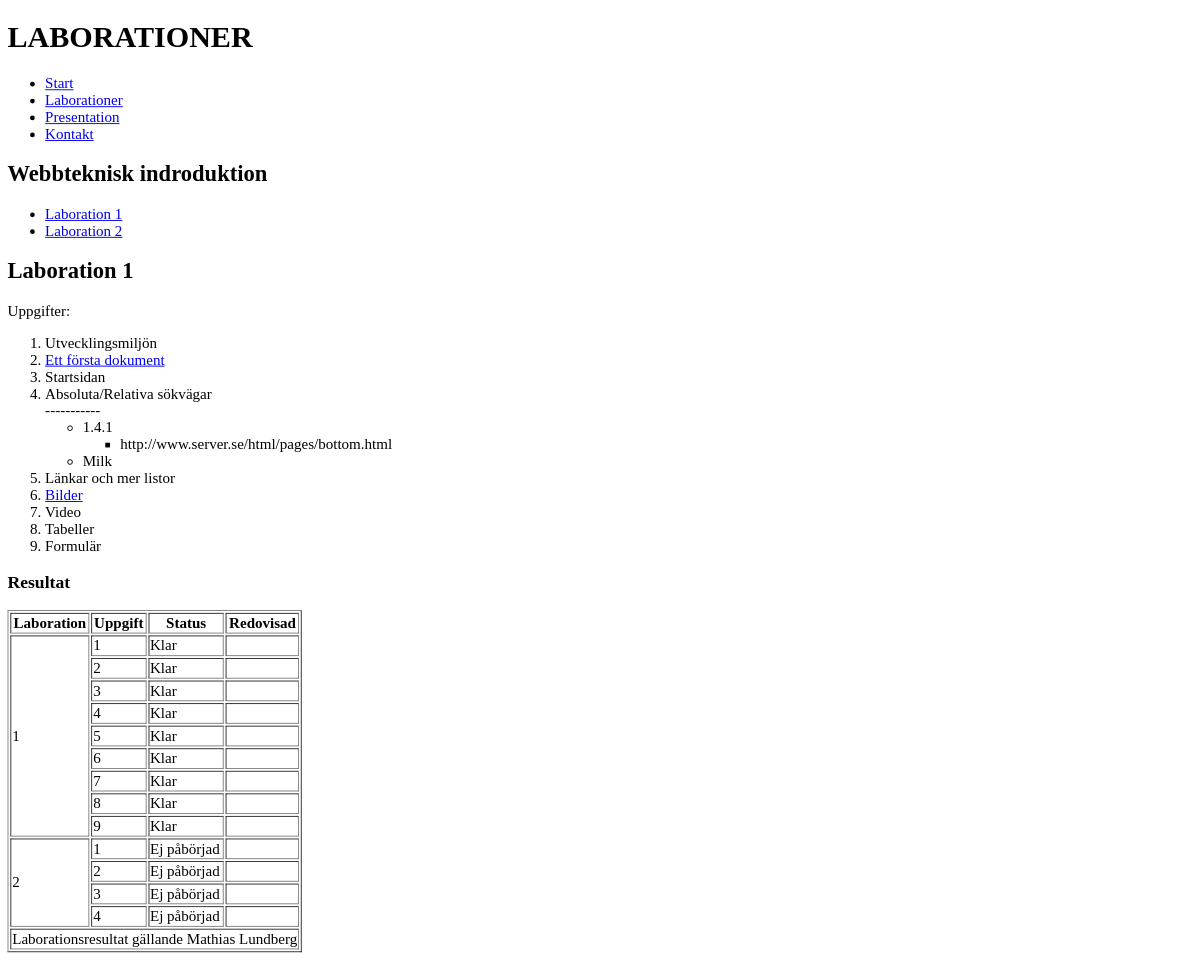
Repository: ml223nw/1ik415-laborationer
Page: pages/laborationer.html
The author's editor kept a record of every edit. The page is drawn from the files as they stood at one moment, then again after the next edit.
The browser window is 1280 px wide. The pictures show the whole page, at 94% of full size.

Above is the page before.

### pages/laborationer.html
<!DOCTYPE html>
<html lang="sv">
    <head>
        <meta charset="utf-8">
        <title>Laborationer - Mathias portal</title>

    </head>
    <body>

        <h1>LABORATIONER</h1>

            <ul>
        <li><a href="https://1ik415-laborationer-c9-ml223nw.c9.io/index.html">Start</a></li>
            <li><a href="../pages/laborationer.html">Laborationer</a></li>
                <li><a href="../pages/presentation.html">Presentation</a></li>
                    <li><a href="../pages/kontakt.html">Kontakt</a></li>
    </ul>

        <h2>Webbteknisk indroduktion</h2>

            <ul>
        <li><a href="http://coursepress.lnu.se/kurs/webbteknisk-introduktion/laborationer/l01-struktur-och-innehall/">Laboration 1</a></li>
            <li><a href="https://coursepress.lnu.se/kurs/webbteknisk-introduktion/laborationer/l02-en-stiligare-portal/">Laboration 2</a></li>
    </ul>

        <h2>Laboration 1</h2>

        <p>Uppgifter:</p>

    <ol>
      <li>Utvecklingsmiljön</li>
      <li><a href="../pages/presentation.html#jag">Ett första dokument</a></li>
      <li>Startsidan</li>

      <li>Absoluta/Relativa sökvägar</li>
        -----------
<ul>
  <li>1.4.1</li>
    <ul>
      <li>http://www.server.se/html/pages/bottom.html</li>
    </ul>
  </li>
  <li>Milk</li>
</ul>

      <li>Länkar och mer listor</li>
      <li><a href="../index.html#svg">Bilder</a></li>
      <li>Video</li>
      <li>Tabeller</li>
      <li>Formulär</li>

    </ol>


          <h3>Resultat</h3>
  <table border='1'>
    <thead>
      <tr>
        <th>Laboration</th>
        <th>Uppgift</th>
        <th>Status</th>
        <th>Redovisad</th>
      </tr>
    </thead>
    <tbody>
      <tr>
      <td rowspan="9">1</td>
        <td>1</td>
        <td>Klar</td>
        <td></td>
      </tr>

          <tr>
            <td>2</td>
            <td>Klar</td>
            <td></td>
          </tr>

          <tr>
            <td>3</td>
            <td>Klar</td>
            <td></td>
          </tr>

          <tr>
            <td>4</td>
            <td>Klar</td>
            <td></td>
          </tr>

          <tr>
            <td>5</td>
            <td>Klar</td>
            <td></td>
          </tr>

          <tr>
            <td>6</td>
            <td>Klar</td>
            <td></td>
          </tr>

          <tr>
            <td>7</td>
            <td>Klar</td>
            <td></td>
          </tr>

          <tr>
            <td>8</td>
            <td>Klar</td>
            <td></td>
          </tr>

          <tr>
            <td>9</td>
            <td>Klar</td>
            <td></td>
          </tr>

          <tr>
          <td rowspan="4">2</td>
            <td>1</td>
            <td>Ej påbörjad</td>
            <td></td>
          </tr>

          <tr>
            <td>2</td>
            <td>Ej påbörjad</td>
            <td></td>
          </tr>

          <tr>
            <td>3</td>
            <td>Ej påbörjad</td>
            <td></td>
          </tr>

          <tr>
            <td>4</td>
            <td>Ej påbörjad</td>
            <td></td>
          </tr>
          </tbody>
      <tfoot>
      <tr>
          <td colspan="4">Laborationsresultat gällande Mathias Lundberg</td>
      </tr>
      </tfoot>
  </table>


        </body>
</html>

After the next edit:
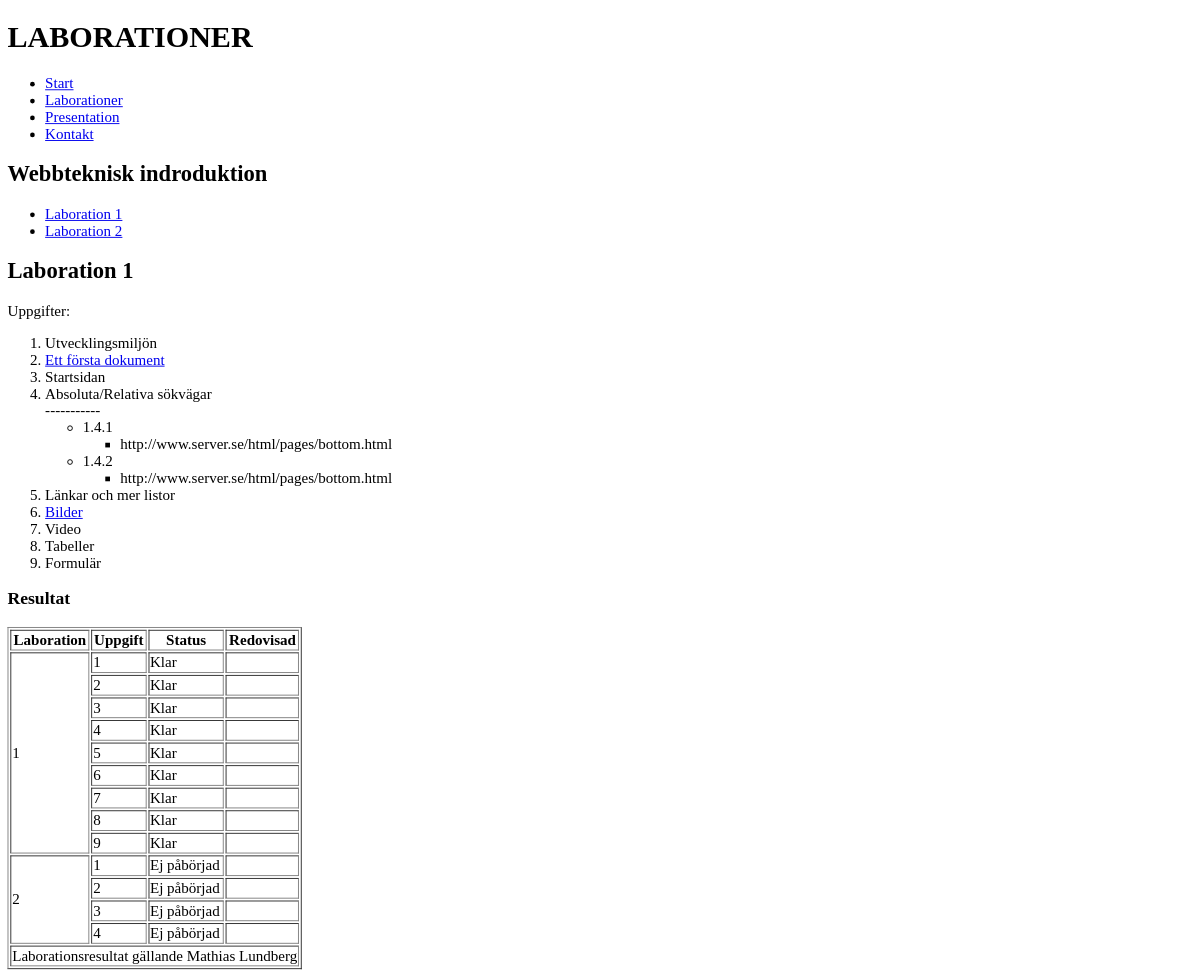
The edit:
--- a/pages/laborationer.html
+++ b/pages/laborationer.html
@@ -40,7 +40,14 @@
       <li>http://www.server.se/html/pages/bottom.html</li>
     </ul>
   </li>
-  <li>Milk</li>
+</ul>
+
+<ul>
+  <li>1.4.2</li>
+    <ul>
+      <li>http://www.server.se/html/pages/bottom.html</li>
+    </ul>
+  </li>
 </ul>
 
       <li>Länkar och mer listor</li>
